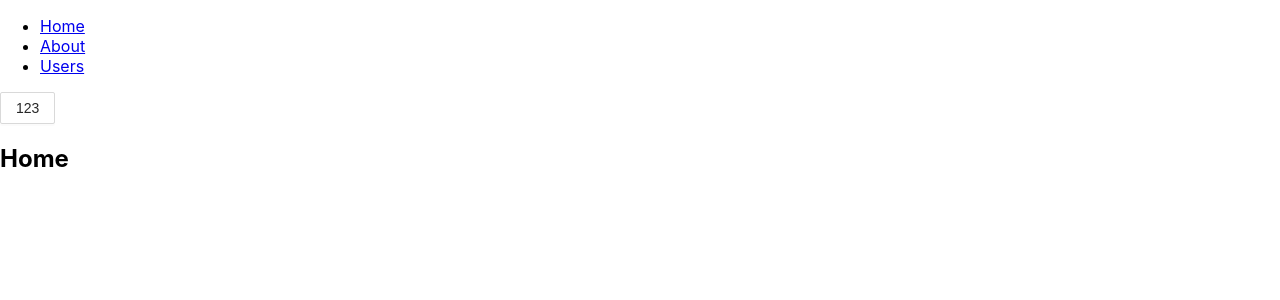
Repository: KouSum/km-vite-react
Page: /
The author's editor kept a copy of each file at every save. The page is drawn from the files as they stood at one save, then again after the next save.
The browser window is 1280 px wide. The pictures show the whole page.
The project was rebuilt for these pictures with package versions that can differ from the ones it lists, and the page was loaded fresh each time. Also part of the build but not shown: vite.config.ts.

Above is the page before, as saved 2021-03-06 20:13:19.

After the next save:
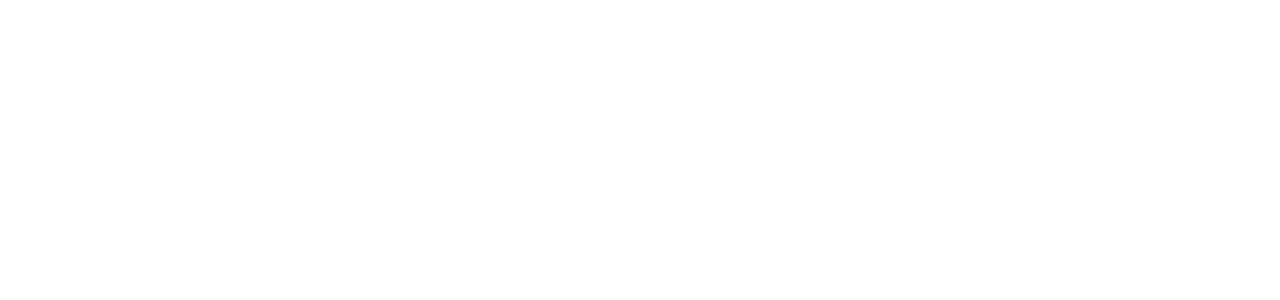
Console error: TypeError: Cannot read properties of undefined (reading 'Button')
Saved 51 s later.
--- a/src/App.tsx
+++ b/src/App.tsx
@@ -5,9 +5,7 @@
   Route,
   Link
 } from "react-router-dom";
-import {
-  Button
-} from "antd";
+import Antd from "antd";
 import 'antd/lib/button/style/index.css';
 //import 'antd/dist/antd.css'; // or 'antd/dist/antd.less'
 import './App.css'
@@ -34,7 +32,7 @@
           </ul>
         </nav>
 
-        <Button >123</Button>
+        <Antd.Button >123</Antd.Button>
         {/* A <Switch> looks through its children <Route>s and
             renders the first one that matches the current URL. */}
         <Switch>

After the save that followed:
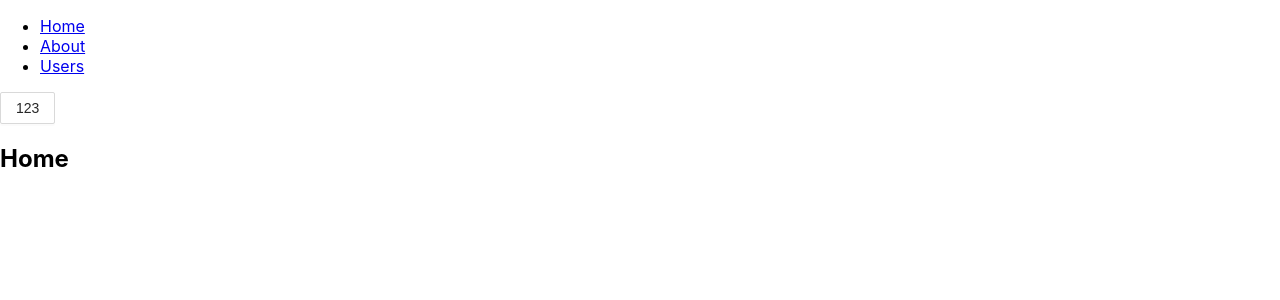
The error is gone.
Saved 75 s later.
--- a/src/App.tsx
+++ b/src/App.tsx
@@ -5,7 +5,9 @@
   Route,
   Link
 } from "react-router-dom";
-import Antd from "antd";
+import {
+  Button
+} from "antd";
 import 'antd/lib/button/style/index.css';
 //import 'antd/dist/antd.css'; // or 'antd/dist/antd.less'
 import './App.css'
@@ -32,7 +34,7 @@
           </ul>
         </nav>
 
-        <Antd.Button >123</Antd.Button>
+        <Button >123</Button>
         {/* A <Switch> looks through its children <Route>s and
             renders the first one that matches the current URL. */}
         <Switch>
